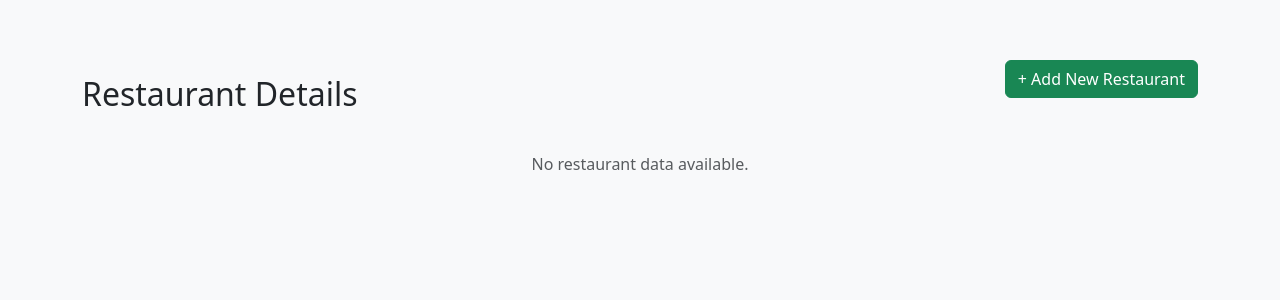
Repository: Rupeswarbhainsa777/Food-Web-App
Page: http://localhost/TapFoodApp/ResturentMangemtByAdmin.jsp
An editor plug-in stored every save of this project. The page is shown before and after the next save, followed by the edit.
The browser window is 1280 px wide. The pictures show the whole page.
The page is served by Tomcat 10. Nobody is signed in. The application's start-up code is not run. Other server files are loaded and not shown.

Above is the page before, as saved 2025-05-14 23:09:12.

### TapFoodApp/src/main/webapp/ResturentMangemtByAdmin.jsp
<%@ page language="java" contentType="text/html; charset=UTF-8" pageEncoding="UTF-8"%>
<%@ page import="java.util.List" %>
<%@ page import="com.tap.modeal.Restaurant" %>

<%
    List<Restaurant> restaurants = (List<Restaurant>) session.getAttribute("restaurant");
%>

<!DOCTYPE html>
<html lang="en">
<head>
    <meta charset="UTF-8">
    <title>Restaurant Info</title>
    <meta name="viewport" content="width=device-width, initial-scale=1.0">

    <!-- Bootstrap 5 CSS -->
    <link href="https://cdn.jsdelivr.net/npm/bootstrap@5.3.2/dist/css/bootstrap.min.css" rel="stylesheet">

    <style>
        body {
            background-color: #f8f9fa;
        }
        .restaurant-info {
            margin-top: 60px;
        }
        .card {
            transition: transform 0.3s ease, box-shadow 0.3s ease;
            border-radius: 15px;
            border: none;
        }
        .card:hover {
            transform: translateY(-5px);
            box-shadow: 0 10px 20px rgba(0, 0, 0, 0.1);
        }
        .card-title {
            color: #2c3e50;
        }
        .btn-danger {
            transition: background-color 0.3s ease;
        }
        .btn-danger:hover {
            background-color: #c82333;
        }
        .btn-add {
            margin-bottom: 30px;
            float: right;
        }
    </style>
</head>
<body>

<div class="container restaurant-info">
    <div class="d-flex justify-content-between align-items-center mb-4">
        <h2 class="mb-0">Restaurant Details</h2>
        <a href="addRestaurant.jsp" class="btn btn-success btn-add">+ Add New Restaurant</a>
    </div>

    <div class="row">
    <%
        if (restaurants != null && !restaurants.isEmpty()) {
            for (Restaurant res : restaurants) {
    %>
        <div class="col-md-6 col-lg-4 mb-4">
            <div class="card h-100">
                <div class="card-body d-flex flex-column justify-content-between">
                    <div>
                        <h4 class="card-title"><%= res.getName() %></h4>
                        <p class="card-text"><strong>Address:</strong> <%= res.getAddress() %></p>
                    </div>
                    <form action="DeleteRestaurantServlet" method="post" onsubmit="return confirmDelete();">
                        <input type="hidden" name="restaurantId" value="<%= res.getRestaurantId() %>" />
                        <button type="submit" class="btn btn-dark  mt-3 w-100">Delete</button>
                    </form>
                </div>
            </div>
        </div>
    <%
            }
        } else {
    %>
        <div class="col-12 text-center">
            <p class="text-muted">No restaurant data available.</p>
        </div>
    <%
        }
    %>
    </div>
</div>

<!-- Bootstrap JS Bundle -->
<script src="https://cdn.jsdelivr.net/npm/bootstrap@5.3.2/dist/js/bootstrap.bundle.min.js"></script>

<!-- Custom JS for confirmation -->
<script>
    function confirmDelete() {
        return confirm("Are you sure you want to delete this restaurant?");
    }
</script>

</body>
</html>

After the next save:
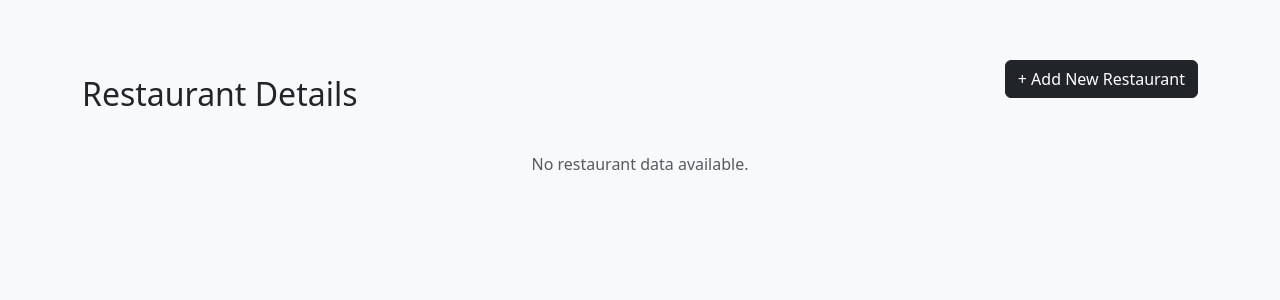
Saved 102 s later.
--- a/TapFoodApp/src/main/webapp/ResturentMangemtByAdmin.jsp
+++ b/TapFoodApp/src/main/webapp/ResturentMangemtByAdmin.jsp
@@ -43,7 +43,6 @@
         }
         .btn-add {
             margin-bottom: 30px;
-            float: right;
         }
     </style>
 </head>
@@ -52,7 +51,7 @@
 <div class="container restaurant-info">
     <div class="d-flex justify-content-between align-items-center mb-4">
         <h2 class="mb-0">Restaurant Details</h2>
-        <a href="addRestaurant.jsp" class="btn btn-success btn-add">+ Add New Restaurant</a>
+        <a href="addRestaurant.jsp" class="btn btn-dark btn-add">+ Add New Restaurant</a>
     </div>
 
     <div class="row">
@@ -67,10 +66,17 @@
                         <h4 class="card-title"><%= res.getName() %></h4>
                         <p class="card-text"><strong>Address:</strong> <%= res.getAddress() %></p>
                     </div>
-                    <form action="DeleteRestaurantServlet" method="post" onsubmit="return confirmDelete();">
-                        <input type="hidden" name="restaurantId" value="<%= res.getRestaurantId() %>" />
-                        <button type="submit" class="btn btn-dark  mt-3 w-100">Delete</button>
-                    </form>
+
+                    <div class="d-grid gap-2 mt-3">
+                        <!-- Add Menu Button -->
+                        <a href="addMenu.jsp?restaurantId=<%= res.getRestaurantId() %>" class="btn btn-primary">Add Menu</a>
+
+                        <!-- Delete Button -->
+                        <form action="DeleteRestaurantServlet" method="post" onsubmit="return confirmDelete();">
+                            <input type="hidden" name="restaurantId" value="<%= res.getRestaurantId() %>" />
+                            <button type="submit" class="btn btn-dark">Delete</button>
+                        </form>
+                    </div>
                 </div>
             </div>
         </div>
